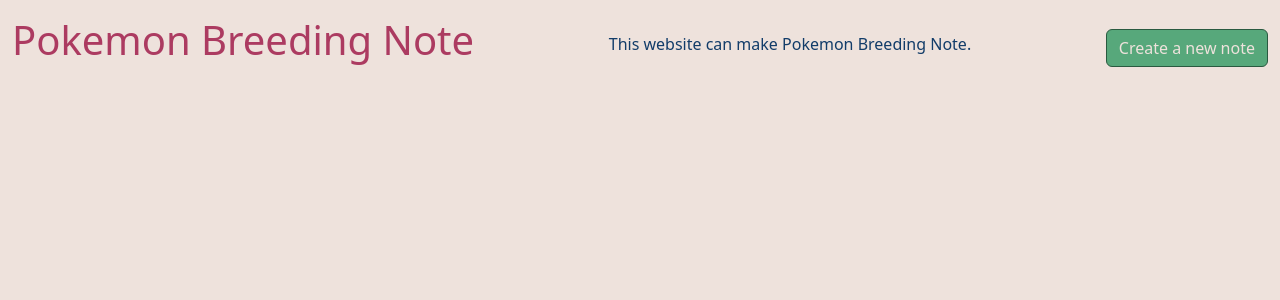
Repository: Losty522/PokemonBreedingNote
Page: /
These files come from the project's save history. The page is drawn as it stood at one moment and after the next save; the edit follows.
The browser window is 1280 px wide. The pictures show the whole page.
The project was rebuilt for these pictures with package versions that can differ from the ones it lists, and the page was loaded fresh each time. Also part of the build but not shown: vite.config.js, src/components/Create.css, src/components/form/Title.jsx, src/components/form/Natures.jsx, src/components/form/Abilities.jsx, src/components/form/Moves.jsx, src/components/form/HeldItem.jsx, src/components/form/TeraType.jsx and 7 more.

Above is the page before, as saved 2024-01-20 22:01:06.

### src/App.jsx
import { BrowserRouter as Router, Routes, Route } from "react-router-dom";
import Home from "./components/Home";
import Create from "./components/Create";
import SavedDataContextProvider from "./context/SavedDataContextProvider";
import { View } from "./components/View";
import PokeDetail from "./components/PokeDetail";
import PokeEdit from "./components/PokeEdit";

const App = () => {
  return (
    <>
      <SavedDataContextProvider>
        <Router>
          <Routes>
            <Route path="/" element={<Home />}>
              <Route index element={<View />} />
              <Route path="detail/:Id" element={<PokeDetail />} />
              <Route path="edit/:Id" element={<PokeEdit />} />
            </Route>

            <Route path="/create" element={<Create />} />
          </Routes>
        </Router>
      </SavedDataContextProvider>
    </>
  );
};

export default App;

### src/index.css
*{
  margin: 0;
  padding: 0;
}

body{
   /* background-color: #edc7B7; */
   background-color: #eee2dc;
  color: #123C69

}

.title{
  color: #Ac3b61;
}

### src/components/Home.jsx
import Button from "react-bootstrap/Button";
import { useNavigate } from "react-router-dom";
import { Outlet } from "react-router-dom";
import Row from "react-bootstrap/Row";
import Col from "react-bootstrap/Col";

const Home = () => {
  const greenButton = {
    backgroundColor: "#57a87b",
    borderColor: "#2a5a40",
    color: "#eee2dc",
  };

  const navigate = useNavigate();
  return (
    <>
      <Row className="align-items-center justify-content-center text-center mx-auto my-3">
        <Col xs="auto" className="mb-3">
          <h1 className="title">Pokemon Breeding Note</h1>
        </Col>
        <Col>
          <p>This website can make Pokemon Breeding Note.</p>
        </Col>
        <Col xs="auto" className="mb-3 mt-2">
          <Button
            onClick={() => {
              window.scroll({
                top: 0,
                behavior: "instant",
              });
              navigate("/create");
            }}
            style={greenButton}
          >
            Create a new note
          </Button>
        </Col>

        <Outlet />
      </Row>
    </>
  );
};

export default Home;

### src/context/SavedDataContextProvider.jsx
import { useState } from "react";
import SavedDataContext from "./SavedDataContext";
const SavedDataContextProvider = ({ children }) => {
  const [savedData, setSavedData] = useState([]);
  return (
    <SavedDataContext.Provider value={{ savedData, setSavedData }}>
      {children}
    </SavedDataContext.Provider>
  );
};

export default SavedDataContextProvider;

### src/components/View.jsx
import SavedDataContext from "../context/SavedDataContext";
import Button from "react-bootstrap/Button";
import Card from "react-bootstrap/Card";
import { useContext } from "react";
import { useNavigate } from "react-router-dom";
import Row from "react-bootstrap/Row";
import Col from "react-bootstrap/Col";
import "./View.css";

export const View = () => {
  const redButton = {
    backgroundColor: "#Ac3b61",
    borderColor: "#Ac3b61",
    color: "#eee2dc",
  };
  const blueButton = {
    backgroundColor: "#5a5cd2",
    borderColor: "#31339e",
    color: "#eee2dc",
  };

  const handleDelete = (event) => {
    const tmpData = savedData.slice();
    tmpData.splice(Number(event.currentTarget.id), 1);
    setSavedData([...tmpData]);
  };

  const navigate = useNavigate();
  const { savedData, setSavedData } = useContext(SavedDataContext);

  // useEffect(() => {
  //   console.log(savedData);
  // }, [savedData]);

  return (
    <>
      <Row className="  mx-auto my-1">
        {savedData?.map((data, index) => (
          <Col key={index}>
            <Card className=" mb-2" style={{ width: "210px", margin: "auto" }}>
              <Card.Body className=" pokeCard ">
                <Card.Title
                  style={{
                    color: "#123C69",
                    fontSize: "18px",
                    height: "20px",
                  }}
                >
                  {data.pokeName}
                </Card.Title>
                <Card.Img
                  variant="top"
                  src={data.pokeUrl}
                  className="img-fluid card-image"
                  style={{ width: "130px", height: "auto" }}
                />

                <Card.Title
                  className="card-title"
                  style={{ fontSize: "16px", color: "#123C69" }}
                >
                  {data.title}
                </Card.Title>
                <Card.Text
                  className="card-description"
                  style={{ fontSize: "14px", color: "#123C69" }}
                >
                  {data.description}
                </Card.Text>
                <Card.Text> </Card.Text>
                <Row>
                  <Col>
                    <Button
                      style={blueButton}
                      onClick={() => {
                        window.scroll({
                          top: 0,
                          behavior: "instant",
                        });
                        navigate(`/detail/${index}`);
                      }}
                    >
                      View
                    </Button>
                  </Col>
                  <Col>
                    <Button
                      style={redButton}
                      id={index}
                      onClick={(event) => {
                        handleDelete(event);
                      }}
                    >
                      Delete
                    </Button>
                  </Col>
                </Row>
              </Card.Body>
            </Card>
          </Col>
        ))}
      </Row>
    </>
  );
};

### src/context/SavedDataContext.jsx
import { createContext } from "react";

const SavedDataContext = createContext();

export default SavedDataContext;

Loaded but not shown: index.html (common file); src/main.jsx (common file)

After the next save:
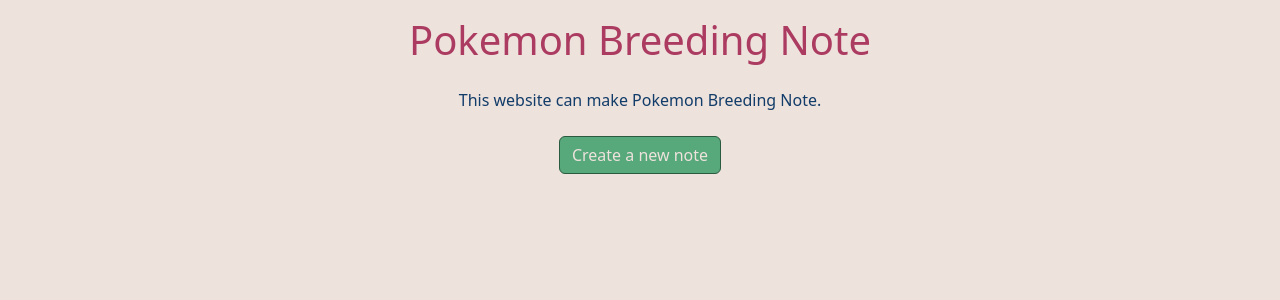
Saved 7 s later.
--- a/src/components/Home.jsx
+++ b/src/components/Home.jsx
@@ -18,9 +18,9 @@
         <Col xs="auto" className="mb-3">
           <h1 className="title">Pokemon Breeding Note</h1>
         </Col>
-        <Col>
-          <p>This website can make Pokemon Breeding Note.</p>
-        </Col>
+
+        <p>This website can make Pokemon Breeding Note.</p>
+
         <Col xs="auto" className="mb-3 mt-2">
           <Button
             onClick={() => {
